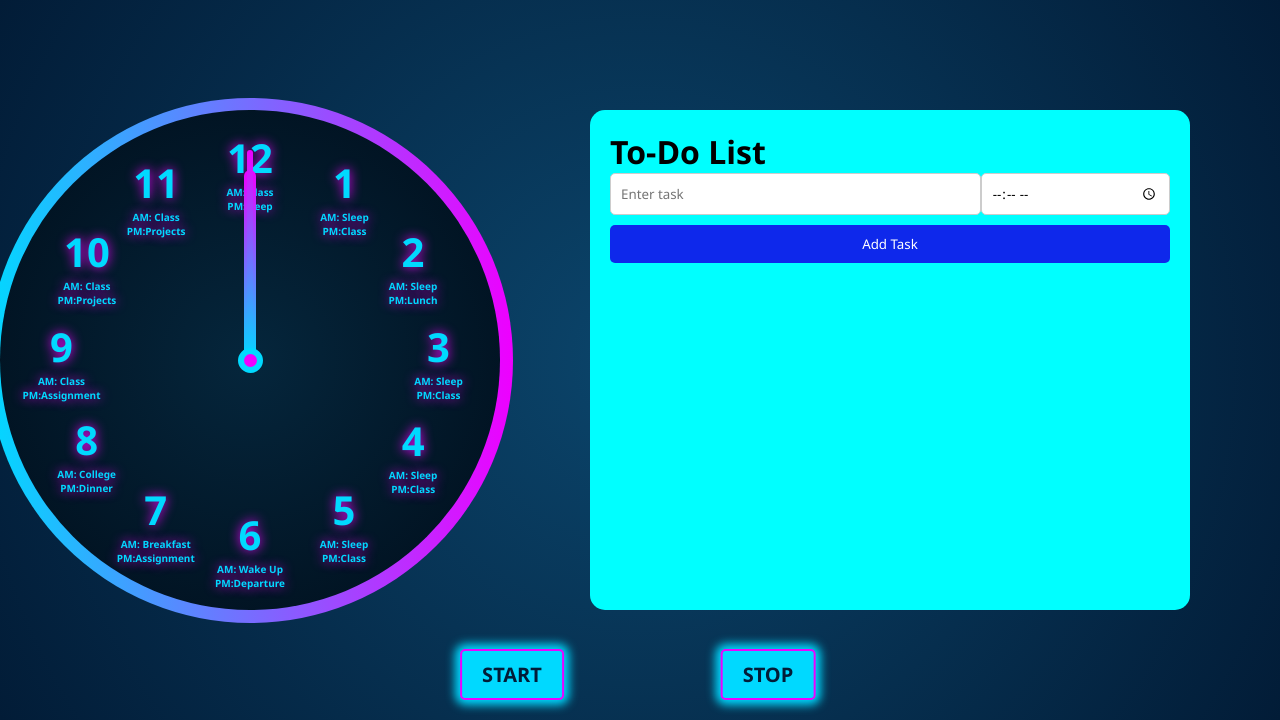
Repository: Suryansh-D/Cool-Clock
Page: index.html
An editor plug-in stored every save of this project. The page is shown before and after the next save, followed by the edit.
The browser window is 1280 px wide. The pictures show the whole page.

Above is the page before, as saved 2024-01-30 18:27:24.

### index.html
<!DOCTYPE html>
<html>
<head>
    <title>Schedule Clock</title>
    <link rel="stylesheet" href="style.css">
</head>
<body>
    <div class="All">
    <div class="clock">
        <div class="number" style="--n:1"><b>1 <p class="task">AM: Sleep<p class="task">PM:Class</p></p></b></div>
        <div class="number" style="--n:2"><b>2 <p class="task">AM: Sleep<p class="task">PM:Lunch</p></p></b></div>
        <div class="number" style="--n:3"><b>3 <p class="task">AM: Sleep<p class="task">PM:Class</p></p></b></div>
        <div class="number" style="--n:4"><b>4 <p class="task">AM: Sleep<p class="task">PM:Class</p></p></b></div>
        <div class="number" style="--n:5"><b>5 <p class="task">AM: Sleep<p class="task">PM:Class</p></p></b></div>
        <div class="number" style="--n:6"><b>6 <p class="task">AM: Wake Up<p class="task">PM:Departure</p></p></b></div>
        <div class="number" style="--n:7"><b>7 <p class="task">AM: Breakfast<p class="task">PM:Assignment</p></p></b></div>
        <div class="number" style="--n:8"><b>8 <p class="task">AM: College<p class="task">PM:Dinner</p></p></b></div>
        <div class="number" style="--n:9"><b>9 <p class="task">AM: Class<p class="task">PM:Assignment</p></p></b></div>
        <div class="number" style="--n:10"><b>10 <p class="task">AM: Class<p class="task">PM:Projects</p></p></b></div>
        <div class="number" style="--n:11"><b>11 <p class="task">AM: Class<p class="task">PM:Projects</p></p></b></div>
        <div class="number" style="--n:12"><b>12 <p class="task">AM: Class<p class="task">PM:Sleep</p></p></b></div>
        <div class="hour-hand" id="hour-hand"></div>
        <div class="minute-hand" id="minute-hand"></div>
        <div class="second-hand" id="second-hand"></div>
        <div class="center-dot"></div>
    </div>
    <div class="container">
        <h1>To-Do List</h1>
        <div class="entry">
        <input type="text" id="task-input" placeholder="Enter task" class="entertask">
        <input type="time" id="time-input" class="entertime"></div>
        <button onclick="addTask()" class="addtask">Add Task</button>
        <ul id="task-list">
        </ul>
        </div>
        </div>
    <button class="start-btn" id="start-btn"><b>START</b></button>
    <button class="stop-btn" id="stop-btn"><b>STOP</b></button>
      </div><script src="script.js"></script>
</body>
</html>

### style.css
*{
    margin: 0;
    padding: 0;
    box-sizing: border-box;
    font-family: 'Segoe UI', Tahoma, Geneva, Verdana, sans-serif;
}

body{
    display: flex;
    justify-content: center;
    align-items: center;
    height: 100vh;
    background: radial-gradient(circle,#0b456b, #021c37)
}
.clock{
    width: 500px;
    height: 500px;
    position: relative;
    background-color: lightgray;
    border-radius: 50%;
    display: flex;
    justify-content: center;
    align-items: center;
    background: radial-gradient(circle,#05263c , #000d1a);
}
.clock::before{
    content: "";
    position: absolute;
    width: 525px;
    height: 525px;
    border-radius: 50%;
    background:linear-gradient(to right, #00d9ff,#ee00ff);
    box-shadow: 0 0 0 15px 15px rgba(0,0,0,0.2);
    z-index: -1;

}
.number{
    transform: rotate(calc(30deg * var(--n)));
    position: absolute;
    text-align: center;
    inset: 20px;
    font-size: 40px;
    color:#00d9ff;
    text-shadow:0 0 12px #ee00ff;
}
.number b{
    transform: rotate(calc(-30deg * var(--n)));
    display: inline-block;
}

.center-dot{
    position: absolute;
    width: 25px;
    height: 25px;
    background-color: #ee00ff;
    border:6px solid #00d9ff;
    border-radius: 50%;
}

.hour-hand, .minute-hand, .second-hand{
    --rotate:0;
    position: absolute;
    left: 50%;
    bottom: 50%;
    transform: translate(-50%) rotate(calc(var(--rotate)*1deg));
    transform-origin: bottom;
    border-radius: 30px 30px 0 0;
}
.hour-hand{
   width:12px;
    height: 130px;
    background:linear-gradient(#00d9ff, #ee00ff );
}
.minute-hand{
    width:12px;
    height: 190px;
    background:linear-gradient(to top, #00d9ff, #ee00ff );
}
.second-hand{
    width: 6px;
    height: 210px;
    background:linear-gradient(to top, #00d9ff, #ee00ff );
}

.start-btn{
    position: absolute;
    bottom: 20px;
    left: 40%;
    transform: translateX(-50%);
    padding: 10px 20px;
    background-color: #00d9ff;
    border: 2px solid #ee00ff;
    border-radius: 5px;
    color: #021c37;
    font-size: 20px;
    font-weight: 500;
    cursor: pointer;
    transition: all 0.3s ease;
    box-shadow: 0 0 10px 5px #00d9ff;
}
.stop-btn{
    position: absolute;
    bottom: 20px;
    left: 60%;
    transform: translateX(-50%);
    padding: 10px 20px;
    background-color: #00d9ff;
    border: 2px solid #ee00ff;
    border-radius: 5px;
    color: #021c37;
    font-size: 20px;
    font-weight: 500;
    cursor: pointer;
    transition: all 0.3s ease;
    font-family:'Times New Roman', Times, serif;
    box-shadow: 0 0 10px 5px #00d9ff;
}
.task{
    font-size: 10px
}


/* To do */

#task-list {
    list-style: none;
    padding: 0;
    margin: 0;
  }

  #task-list li {
    margin-bottom: 5px;
    padding: 10px;
    margin: 10px 0;
    background-color: #c742db;
    color: #fff;
    border-radius: 5px;
  }

  #task-list li button {
    float: right;
    background-color: transparent;
    border: none;
    cursor: pointer;
  }
  .container {
    width: 50%;
    max-width: 600px;
    margin: 0 auto;
    padding: 20px;
    background-color: aqua;
    border-radius: 15px;
  }
  .entertask{
    width: 100%;
    padding: 10px;
    border: 1px solid #ccc;
    border-radius: 5px;
    box-sizing: border-box;
    margin-bottom: 10px;
  }
  .entertime{
    width: 50%;
    padding: 10px;
    border: 1px solid #ccc;
    border-radius: 5px;
    box-sizing: border-box;
    margin-bottom: 10px;
  }
  .addtask{
    width: 100%;
    background-color: #0e28eb;
    color: #fff;
    padding: 10px;
    border: none;
    border-radius: 5px;
    cursor: pointer;
  }
  .entry{
    display: flex;
    justify-content: space-between;
  }
  .All{
    height: auto;
    width: 100%;
    display: flex;
    justify-content: space-between;
  }

### script.js


const secondHand = document.getElementById('second-hand');
const minsHand = document.getElementById('minute-hand');
const hourHand = document.getElementById('hour-hand');
const startButton = document.getElementById('start-btn');
const stopButton = document.getElementById('stop-btn');




startButton.addEventListener('mouseenter', () => {
    startButton.style.backgroundColor = 'lightgreen';
}
);
startButton.addEventListener('mouseleave', () => {
    startButton.style.backgroundColor = 'skyblue'

}
);
stopButton.addEventListener('mouseenter', () => {
    stopButton.style.backgroundColor = 'red';
}
);
stopButton.addEventListener('mouseleave', () => {
    stopButton.style.backgroundColor = 'skyblue';
}
);
startButton.addEventListener('click', () => {
    startButton.style.display = 'none';
    stopButton.style.display = 'inline-block';
    clockTick();
}
);

stopButton.addEventListener('click', () => {
    stopButton.style.display = 'none';
    startButton.style.display = 'inline-block';
}
);
function clockTick(){
    const date = new Date();
    const seconds = date.getSeconds()/60;
    const mins = (seconds + date.getMinutes())/60;
    const hours = (mins + date.getHours())/12;

    rotateClockHand(secondHand, seconds);
    rotateClockHand(minsHand, mins);
    rotateClockHand(hourHand, hours);
}

function rotateClockHand(element, rotation){
    element.style.setProperty('--rotate', rotation * 360);
}



let clockInterval;

function startClock() {
    clockInterval = setInterval(clockTick, 1000);
    console.log('start');
}

function stopClock() {
    clearInterval(clockInterval);
    console.log('stop');
}
startButton.addEventListener('click', startClock);
stopButton.addEventListener('click', stopClock);

// To Do

const taskInput = document.getElementById('task-input');
const timeInput = document.getElementById('time-input');
const taskList = document.getElementById('task-list');

function addTask() {
  const task = taskInput.value;
  const time = timeInput.value;

  if (task) {
    const listItem = document.createElement('li');
    listItem.textContent = task + ' - ' + time;
    const removeButton = document.createElement('button');
    removeButton.textContent = "Remove";
    removeButton.addEventListener('click', () => listItem.remove());
    listItem.appendChild(removeButton);
    taskList.appendChild(listItem);

    taskInput.value = '';
    timeInput.value = '';
  }
}

After the next save:
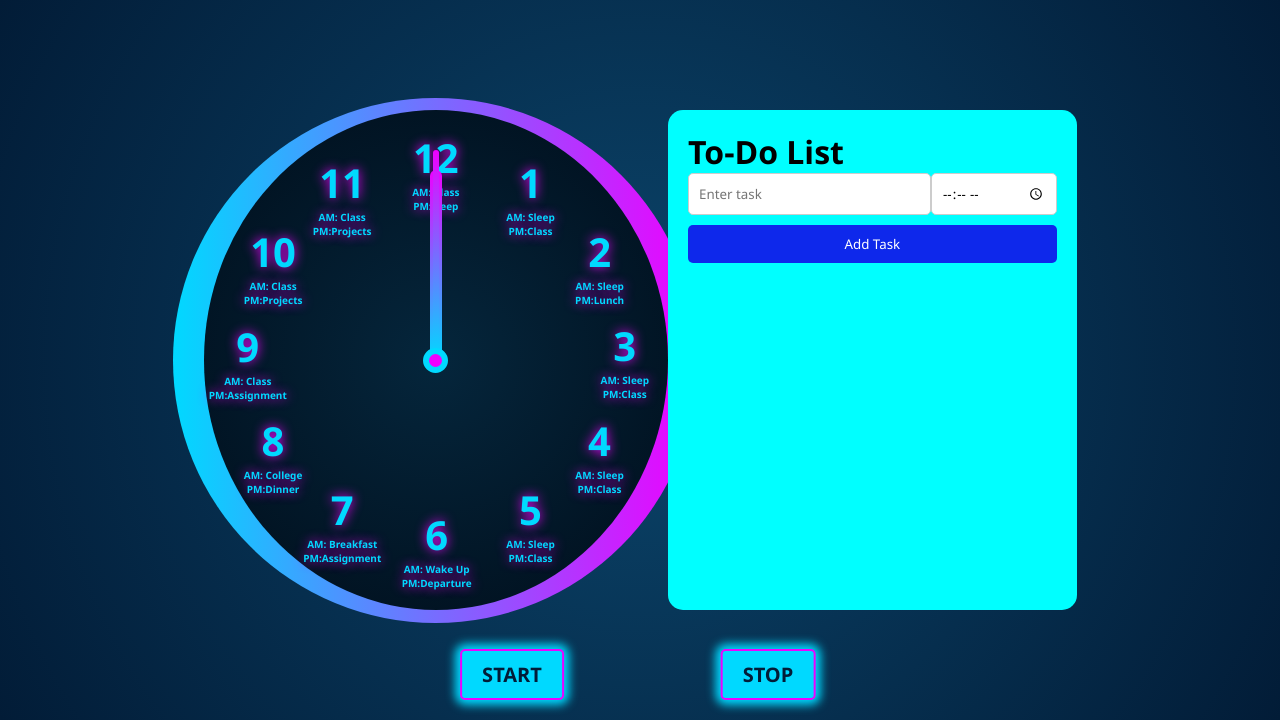
Saved 6 s later.
--- a/style.css
+++ b/style.css
@@ -182,7 +182,7 @@ body{
   }
   .All{
     height: auto;
-    width: 100%;
+    width: auto;
     display: flex;
     justify-content: space-between;
   }
